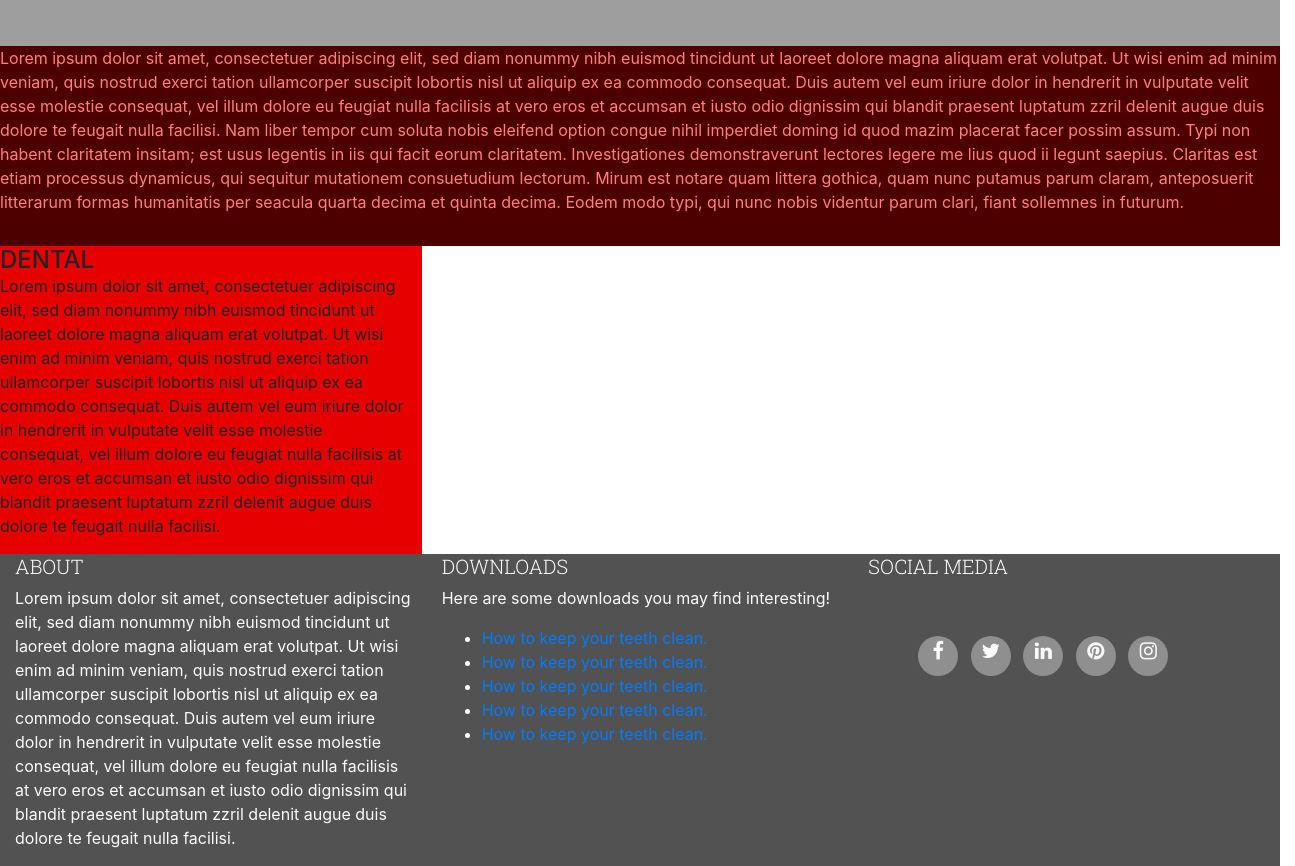
Repository: Code-Institute-Submissions/Rajjabbal-milestone-project
Page: dental.html
The author's editor kept a record of every edit. The page is drawn from the files as they stood at one moment, then again after the next edit.
The browser window is 1280 px wide. The page is 1295 px wide, so the pictures cover 1295 px, including what lies to the right of the window. The pictures show the part of the page from y = 825 to 1749 px (the page is 1691 px tall before and 1810 px after).
Pictures or frames that could not be fetched are drawn as grey boxes. Some web libraries are served in a nearby version.

Above is the page before.

### dental.html
<!DOCTYPE html>
<html lang="en">

<head>
    <meta charset="UTF-8">
    <meta name="viewport" content="width=device-width, initial-scale=1.0">
    <meta http-equiv="X-UA-Compatible" content="ie=edge">
    <link rel="stylesheet" href="https://stackpath.bootstrapcdn.com/bootstrap/4.2.1/css/bootstrap.min.css" type="text/css" />
    <link rel="stylesheet" href="https://stackpath.bootstrapcdn.com/font-awesome/4.7.0/css/font-awesome.min.css" type="text/css" />
    <link rel="stylesheet" href="assets/css/style.css" type="text/css" />
    <link rel="stylesheet" href="https://cdnjs.cloudflare.com/ajax/libs/hover.css/2.3.1/css/hover-min.css" type="text/css" />
    <title>Milestone Project 1</title>
</head>

<body>
    <header>
        <div class="row no-gutters">
            <div class="col-md-12">
                <ul id="nav" class="list-inline menucontainer">
                    <li class="col-sm-2 ui-menu-color-home list-inline-item menuitem">
                        <a href="#" class="hvr-sweep-to-bottom"><i class="fa fa-home" aria-hidden="true"></i><span>Home</span>
                        </a>
                    </li>
                    <li class="col-sm-2 ui-menu-color-dental list-inline-item menuitem">
                        <a href="#" class="hvr-sweep-to-bottom"><i class="fa fa-apple" aria-hidden="true"></i><span>Dental Treatment</span>
                        </a>
                    </li>
                    <li class="col-sm-2 ui-menu-color-periodontal list-inline-item menuitem">
                        <a href="#" class="hvr-sweep-to-bottom"><i class="fa fa-ambulance" aria-hidden="true"></i><span>Periodontal Treatment</span>
                        </a>
                    </li>
                    <li class="col-sm-2 ui-menu-color-contact list-inline-item menuitem">
                        <a href="#" class="hvr-sweep-to-bottom"><i class="fa fa-envelope-square" aria-hidden="true"></i><span>Contact</span>
                        </a>
                    </li>
                    <li class="col-sm-4 ui-menu-color-statement list-inline-item menuitem">
                        <i class="fa fa-ad" aria-hidden="true"></i>
                        <span>An advanced interactive platform to give you insight into any dental symptom ever!</span>
                    </li>
                </ul>
            </div>
        </div>
        <div class="row no-gutters">
            <a href="index.html" class="col-md-12 logo"></a>
        </div>
        <div class="row no-gutters bg-color-question">
            <div class="col-md-12 question">
                <a href="question"> What dental symptoms do you have?</a>
            </div>
        </div>
        <div class="col-md-12 picture">
        </div>

    </header>

    <section>
        <div class="col-md-12 blurb">
            <p>Lorem ipsum dolor sit amet, consectetuer adipiscing elit, sed diam nonummy nibh euismod tincidunt ut laoreet dolore magna aliquam erat volutpat. Ut wisi enim ad minim veniam, quis nostrud exerci tation ullamcorper suscipit lobortis nisl ut
                aliquip ex ea commodo consequat. Duis autem vel eum iriure dolor in hendrerit in vulputate velit esse molestie consequat, vel illum dolore eu feugiat nulla facilisis at vero eros et accumsan et iusto odio dignissim qui blandit praesent
                luptatum zzril delenit augue duis dolore te feugait nulla facilisi. Nam liber tempor cum soluta nobis eleifend option congue nihil imperdiet doming id quod mazim placerat facer possim assum. Typi non habent claritatem insitam; est usus
                legentis in iis qui facit eorum claritatem. Investigationes demonstraverunt lectores legere me lius quod ii legunt saepius. Claritas est etiam processus dynamicus, qui sequitur mutationem consuetudium lectorum. Mirum est notare quam littera
                gothica, quam nunc putamus parum claram, anteposuerit litterarum formas humanitatis per seacula quarta decima et quinta decima. Eodem modo typi, qui nunc nobis videntur parum clari, fiant sollemnes in futurum.
                </p>
        </div>

        <div class="row">
            <div class="col-md-4 bg-color-dental section-column">
                <h4 class="section-heading uppercase">DENTAL</h4>
                <p>Lorem ipsum dolor sit amet, consectetuer adipiscing elit, sed diam nonummy nibh euismod tincidunt ut laoreet dolore magna aliquam erat volutpat. Ut wisi enim ad minim veniam, quis nostrud exerci tation ullamcorper suscipit lobortis nisl ut aliquip ex
                    ea commodo consequat. Duis autem vel eum iriure dolor in hendrerit in vulputate velit esse molestie consequat, vel illum dolore eu feugiat nulla facilisis at vero eros et accumsan et iusto odio dignissim qui blandit praesent luptatum
                    zzril delenit augue duis dolore te feugait nulla facilisi.</p>
            </div>

            </div>
        </div>

    </section>

    <footer class="container-fluid">
        <div class="row">
            <div class="col-sm-4">
                <h5 class="uppercase general-sub">About</h5>
                <p class="inline-block">
                    Lorem ipsum dolor sit amet, consectetuer adipiscing elit, sed diam nonummy nibh euismod tincidunt ut laoreet dolore magna aliquam erat volutpat. Ut wisi enim ad minim veniam, quis nostrud exerci tation ullamcorper suscipit lobortis nisl ut aliquip ex
                    ea commodo consequat. Duis autem vel eum iriure dolor in hendrerit in vulputate velit esse molestie consequat, vel illum dolore eu feugiat nulla facilisis at vero eros et accumsan et iusto odio dignissim qui blandit praesent luptatum
                    zzril delenit augue duis dolore te feugait nulla facilisi.
                </p>
            </div>
            <div class="col-sm-4">
                <h5 class="uppercase general-sub">Downloads</h5>
                <p>Here are some downloads you may find interesting!
                </p>
                <ul class="inline-block">
                    <li>
                        <a href="#" target="_blank" class="link1">
                        <span>How to keep your teeth clean.</span>
                    </a>
                    </li>
                    <li>
                        <a href="#" target="_blank" class="link2">
                        <span>How to keep your teeth clean.</span>
                    </a>
                    </li>
                    <li>
                        <a href="#" target="_blank" class="link3">
                        <span>How to keep your teeth clean.</span>
                    </a>
                    </li>
                    <li>
                        <a href="#" target="_blank" class="link4">
                        <span>How to keep your teeth clean.</span>
                    </a>
                    </li>
                    <li>
                        <a href="#" target="_blank" class="link5">
                        <span>How to keep your teeth clean.</span>
                    </a>
                    </li>
                </ul>
            </div>
            <div class="col-sm-4">
                <h5 class="uppercase general-sub">Social Media</h5>
                <ul class="list-inline social-links">
                    <li class="list-inline-item">
                        <a target="_blank" href="#">
                            <i class="fa fa-facebook" aria-hidden="true"></i>
                            <span class="sr-only">Facebook</span>
                        </a>
                    </li>
                    <li class="list-inline-item">
                        <a target="_blank" href="#">
                            <i class="fa fa-twitter" aria-hidden="true"></i>
                            <span class="sr-only">Twitter</span>
                        </a>
                    </li>
                    <li class="list-inline-item">
                        <a target="_blank" href="#">
                            <i class="fa fa-linkedin" aria-hidden="true"></i>
                            <span class="sr-only">Linkedin</span>
                        </a>
                    </li>
                    <li class="list-inline-item">
                        <a target="_blank" href="#">
                            <i class="fa fa-pinterest" aria-hidden="true"></i>
                            <span class="sr-only">Pinterest</span>
                        </a>
                    </li>
                    <li class="list-inline-item">
                        <a target="_blank" href="#">
                            <i class="fa fa-instagram" aria-hidden="true"></i>
                            <span class="sr-only">Instagram</span>
                        </a>
                    </li>
                </ul>
            </div>

        </div>

    </footer>

</body>

</html>

### assets/css/style.css
@import url('https://fonts.googleapis.com/css?family=Roboto+Slab:100,200,300,400,500,600,700');

/*-----colors-----*/

.bg-color-question {
    background-color: #FFC300;

}

.ui-menu-color-home {
    background-color: RGB(88, 24, 69);
}

.ui-menu-color-dental {
    background-color: RGB(144, 12, 63);
}

.ui-menu-color-periodontal {
    background-color: RGB(199, 0, 57);
}

.ui-menu-color-contact {
    background-color: RGB(255, 87, 51);
}

.ui-menu-color-statement {
    background-color: RGB(23, 32, 42);
}

.bg-color-dental {
    background-color: #e60000;
}
.bg-color-periodontal {
    background-color: #cc0000;
}
.bg-color-other {
    background-color: #b30000;
}

/*-----Special paddings/margins/text-----*/

h1,
h2,
h3,
h4 {
    margin: 0;
}

.uppercase {
    text-transform: uppercase;

}

.general-sub {
    font-family: "Roboto Slab", sans-serif;
    font-weight: 300;
    color: #fafafa;
}

.inline-block {
    display: inline-block;
}

/*-----heading-----*/

header {
    margin: 0px;
}

.list-inline-item:not(:last-child) {
    max-height: 80px;

}

.menucontainer {
    font-size: 0;

}

#nav {
    margin: 0;
}

#nav li {
    font-size: 14px;
    font-family: "Roboto Slab", sans-serif;
    color: #DAF7A6;
    padding: 0;
}

.menuitem {
    height: 80px;
    text-align: center;
}

.menuitem a {
    width: 100%;
    text-decoration: none;
    color: #fff;
}

.menuitem a i {
    padding-top: 20px;
    display: block;
    color: #fafafa;
}

.menuitem span {
    display: block;
    width: 100%;
    padding-top: 5px;
    text-align: center;
    text-transform: uppercase;
    font-size: 14px;
    font-weight: 300;
    letter-spacing: 2px;
}

.logo {
    background: url("../images/CEP-Logo DENTAL.png");
    background-position: center;
    background-repeat: no-repeat;
    background-size: 1400px;
    min-height: 400px;
    padding: 0px;
    transition: all .5s ease-in-out;
    -moz-transition: all .5s ease-in-out;
    -webkit-transition: all .5s ease-in-out;
}

.picture {
    background: url("../images/BK.jpg");
    background-position: center;
    background-repeat: no-repeat;
    background-size: cover;
    min-height: 240px;
    transition: all .5s ease-in-out;
    -moz-transition: .5s ease-in-out;
    -webkit-transition: .5s ease-in-out;
}

.question {
    font-family: "Roboto Slab", sans-serif;
    font-weight: 500;
    font-size: 40px;
    margin: 0px;
    color: #ffffff;
    text-align: center;
}

/*-----hover.css-----*/

.hvr-sweep-to-bottom:before {
    background: rgba(0, 0, 0, 1);
    height: 80px;
}

/*-----section-----*/

.blurb {
    background-color: #4d0000;
    min-height: 200px;
    padding: 0;
    color: #ff8080;
}




/*-----footer-----*/

footer {
    background-color: #525252;
    color: #fafafa;
    min-height: 180px;
    margin: 0;
}

.social-links {
    padding: 50px;
}

.social-links li a i {
    width: 40px;
    height: 40px;
    padding: 12px 0;
    border-radius: 50%;
    font-size: 20px;
    line-height: 7px;
    text-align: center;
    color: #fafafa;
    background: #8f8f8f;
    transition: all 0.35s ease-in-out;
    -moz-transition: all 0.35s ease-in-out;
    -webkit-transition: all 0.35s ease-in-out;
    -o-transition: all 0.35s ease-in-out;
}

.social-links li a i:hover {
    background: #e84610;
}

#footer-details {
    padding: 20px;
}

After the next edit:
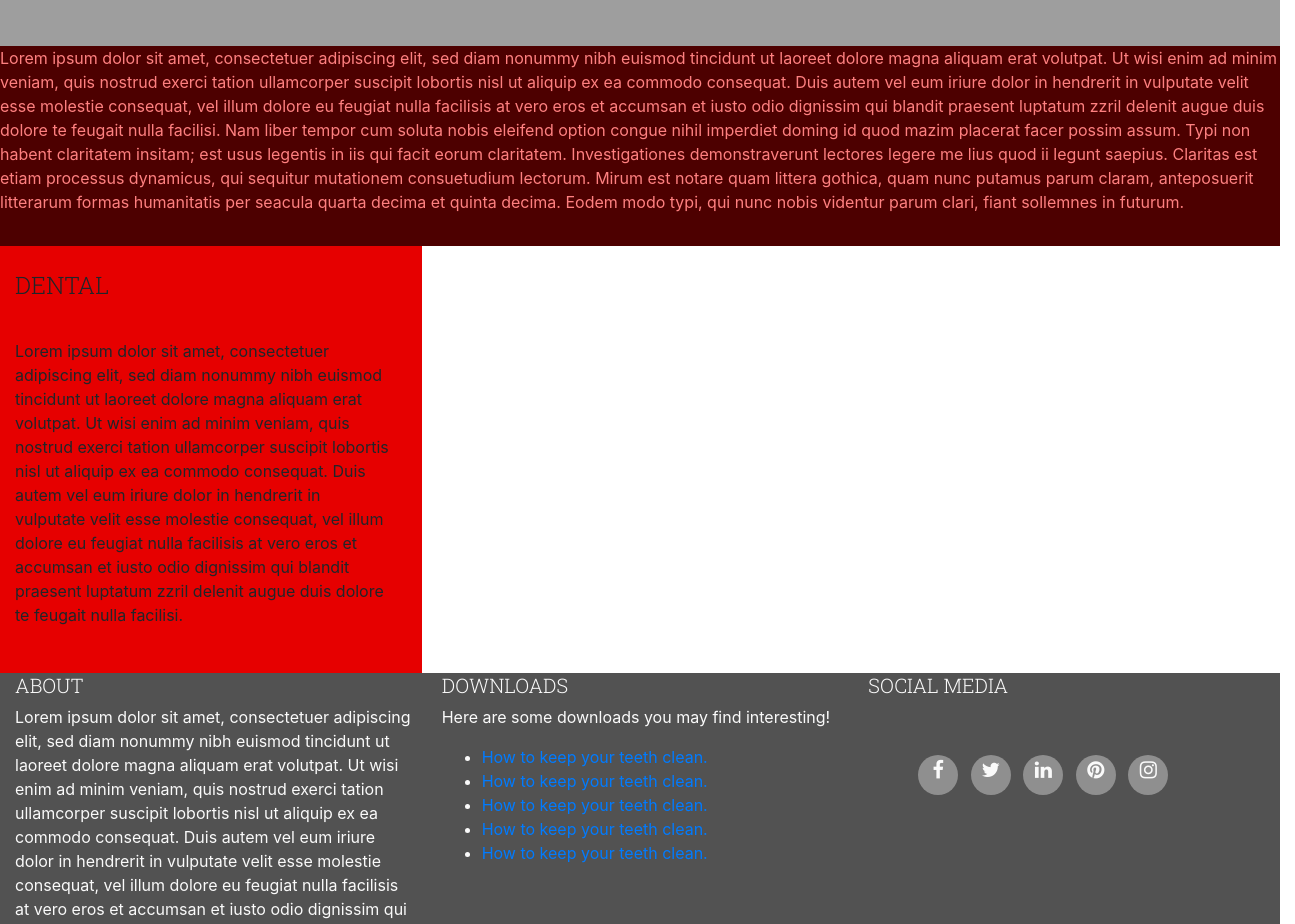
The edit:
--- a/assets/css/style.css
+++ b/assets/css/style.css
@@ -59,6 +59,23 @@
 
 .inline-block {
     display: inline-block;
+}
+
+.row-table {
+    display: table;
+}
+
+.section-column {
+    display: table-cell;
+    padding: 0 30px 30px;
+    float: none;
+}
+
+.section-heading {
+    font-family: "Roboto Slab", sans-serif;
+    font-weight: 300;
+    margin-top: 25px;
+    margin-bottom: 40px;
 }
 
 /*-----heading-----*/
